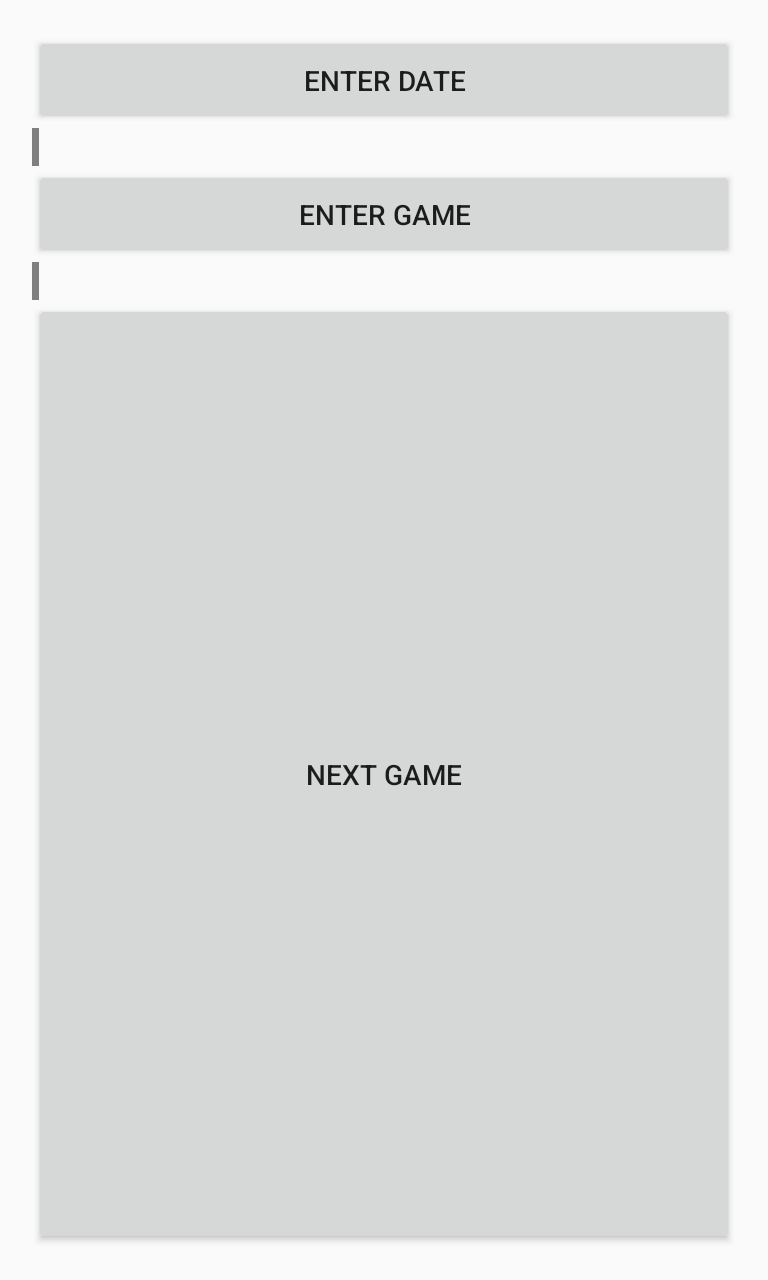
Repository: charlesweng/school
Layout: simpleandroidapps/GettingToKnowUIActivities/charleswengScoringProject/charleswengScoring/res/layout/activity_main.xml
These files come from the project's save history. The layout is drawn as it stood at one moment and after the next save; the edit follows.
Pictures or frames that could not be fetched are drawn as grey boxes. It is drawn on a 768 x 1280 px phone screen (xhdpi) without system bars, with theme AppTheme; the app's code is not run.

Above is the layout before, as saved 2014-04-28 05:38:34.

### simpleandroidapps/GettingToKnowUIActivities/charleswengScoringProject/charleswengScoring/res/layout/activity_main.xml
<?xml version="1.0" encoding="utf-8"?>
<RelativeLayout xmlns:android="http://schemas.android.com/apk/res/android"
    xmlns:tools="http://schemas.android.com/tools"
    android:id="@+id/container"
    android:layout_width="match_parent"
    android:layout_height="match_parent"
    android:paddingBottom="@dimen/activity_vertical_margin"
    android:paddingLeft="@dimen/activity_horizontal_margin"
    android:paddingRight="@dimen/activity_horizontal_margin"
    android:paddingTop="@dimen/activity_vertical_margin"
    >


    <Button
        android:id="@+id/datebutton"
        android:layout_width="fill_parent"
        android:layout_height="wrap_content"
        android:layout_alignParentTop="true"
        android:layout_centerHorizontal="true"
        android:text="@string/enter_date"
        android:onClick="showDatePickerDialog"/>

	<fragment
	    android:name="com.example.charleswengscoring.DateFragment"
	    android:id="@+id/fragment_date"
	    android:layout_width="wrap_content"
	    android:layout_height="wrap_content"
	    android:layout_below="@+id/datebutton"
	/>

    <Button
        android:id="@+id/gamebutton"
        android:layout_width="fill_parent"
        android:layout_height="wrap_content"
        android:onClick="clickGame"
        android:layout_below="@+id/fragment_date"
        android:text="@string/enter_game" />

    <fragment
        android:name="com.example.charleswengscoring.TeamFragment"
        android:id="@+id/fragment_team"
        android:layout_width="wrap_content"
        android:layout_height="wrap_content"
        android:layout_below="@+id/gamebutton"
    />

    <Button
        android:id="@+id/nextbutton"
        android:layout_width="fill_parent"
        android:layout_height="fill_parent"
        android:layout_below="@+id/fragment_team"
        android:layout_alignParentBottom="true"
        android:layout_centerHorizontal="true"
        android:onClick="clickNext"
        android:text="@string/next_game" />


</RelativeLayout>

### simpleandroidapps/GettingToKnowUIActivities/charleswengScoringProject/charleswengScoring/res/values/strings.xml
<?xml version="1.0" encoding="utf-8"?>
<resources>

    <string name="app_name">charleswengScoring</string>
    <string name="hello_world">Hello world!</string>
    <string name="action_settings">Settings</string>
    <string name="enter_date">Enter Date</string>
    <string name="date">Date</string>
    <string name="enter_game">Enter Game</string>
    <string name="team_1">Team 1</string>
    <string name="team_2">Team 2</string>
    <string name="team_1_edit">Team 1:</string>
    <string name="team_2_edit">Team 2:</string>
    <string name="zero">0</string>
    <string name="next_game">Next Game</string>
    <string name="title_activity_date_picker">DatePicker</string>
	<string name="done">Done</string>
	<string name="score">Score:</string>
	<string-array name="team_name">
	    	<item>Atlanta Hawks</item>
			<item>Boston Celtics</item>
			<item>Brooklyn Nets</item>
			<item>Charlotte Bobcats</item>
			<item>Chicago Bulls</item>
			<item>Cleveland Cavaliers</item>
			<item>Dallas Mavericks</item>
			<item>Denver Nuggets</item>
			<item>Detroit Pistons</item>
			<item>Golden State Warriors</item>
			<item>Houston Rockets</item>
			<item>Indiana Pacers</item>
			<item>Los Angeles Clippers</item>
			<item>Los Angeles Lakers</item>
			<item>Memphis Grizzlies</item>
			<item>Miami Heat</item>
			<item>Milwaukee Bucks</item>
			<item>Minnesota Timberwolves</item>
			<item>New Orleans Pelicans</item>
			<item>New York Knicks</item>
			<item>Oklahoma City Thunder</item>
			<item>Orlando Magic</item>
			<item>Philadelphia 76ers</item>
			<item>Phoenix Suns</item>
			<item>Portland Trail Blazers</item>
			<item>Sacramento Kings</item>
			<item>San Antonio Spurs</item>
			<item>Toronto Raptors </item>
			<item>Utah Jazz</item>
			<item>Washington Wizards</item>
 	</string-array>
</resources>

Loaded but not shown: simpleandroidapps/GettingToKnowUIActivities/charleswengScoringProject/charleswengScoring/res/values/styles.xml (common file); simpleandroidapps/GettingToKnowUIActivities/charleswengScoringProject/charleswengScoring/res/values-v11/styles.xml (common file); simpleandroidapps/GettingToKnowUIActivities/charleswengScoringProject/charleswengScoring/res/values-v14/styles.xml (common file); simpleandroidapps/GettingToKnowUIActivities/charleswengScoringProject/charleswengScoring/res/values/dimens.xml (common file); simpleandroidapps/GettingToKnowUIActivities/charleswengScoringProject/charleswengScoring/res/values-w820dp/dimens.xml (common file)

After the next save:
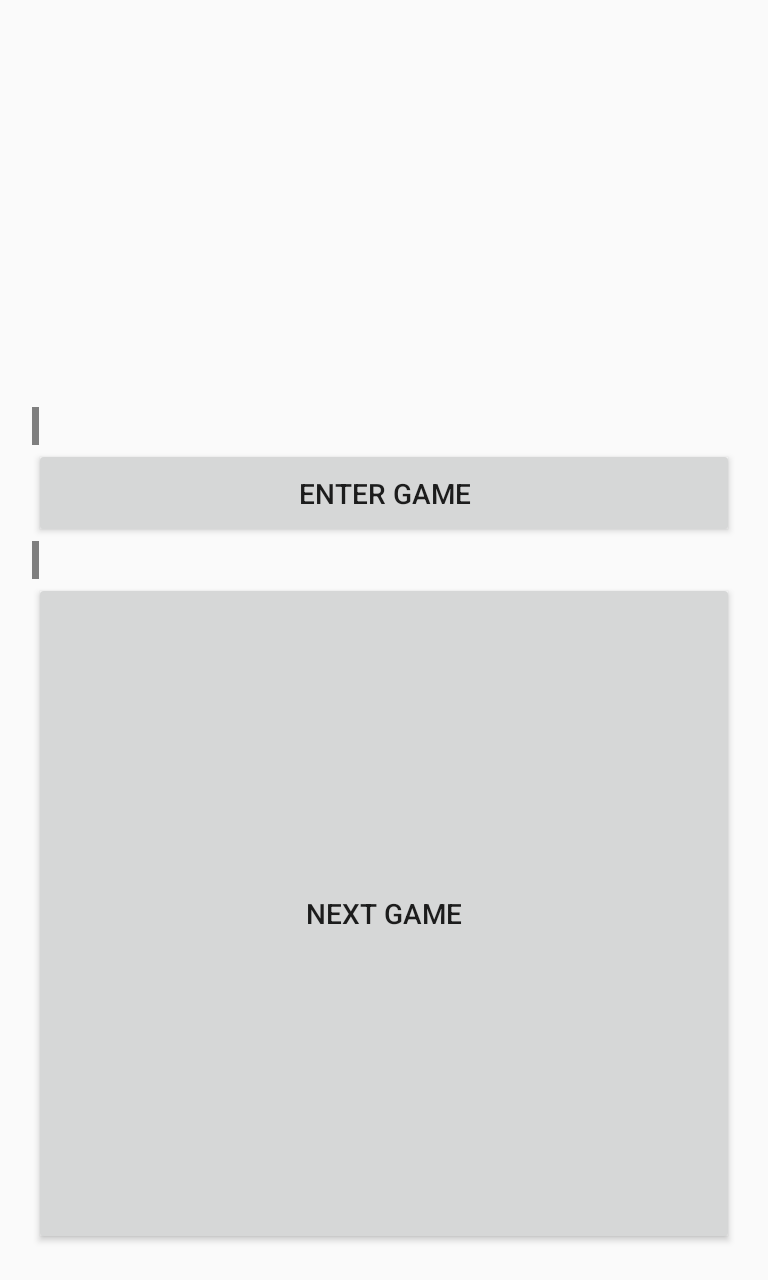
Saved 19 s later.
--- a/simpleandroidapps/GettingToKnowUIActivities/charleswengScoringProject/charleswengScoring/res/layout/activity_main.xml
+++ b/simpleandroidapps/GettingToKnowUIActivities/charleswengScoringProject/charleswengScoring/res/layout/activity_main.xml
@@ -13,7 +13,7 @@
 
     <Button
         android:id="@+id/datebutton"
-        android:layout_width="fill_parent"
+        android:layout_width="1dp"
         android:layout_height="wrap_content"
         android:layout_alignParentTop="true"
         android:layout_centerHorizontal="true"

After the save that followed:
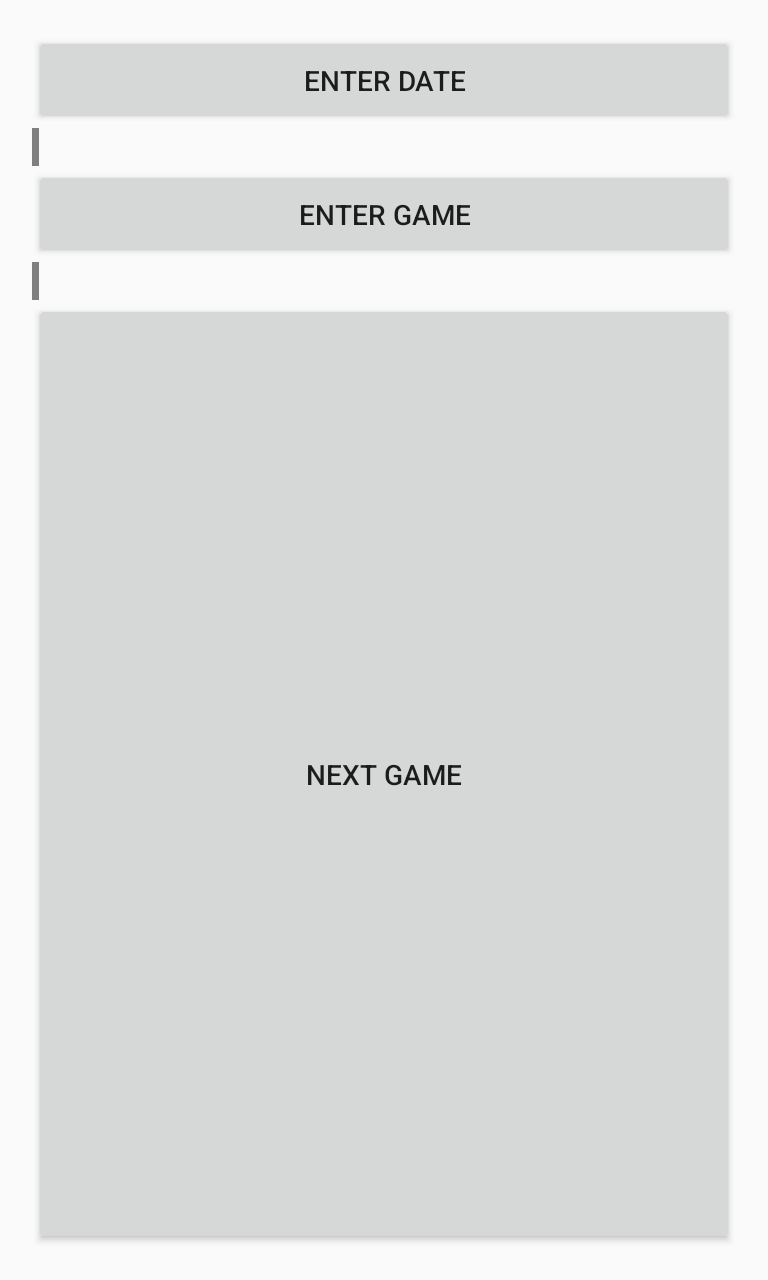
Saved 9 s later.
--- a/simpleandroidapps/GettingToKnowUIActivities/charleswengScoringProject/charleswengScoring/res/layout/activity_main.xml
+++ b/simpleandroidapps/GettingToKnowUIActivities/charleswengScoringProject/charleswengScoring/res/layout/activity_main.xml
@@ -13,7 +13,7 @@
 
     <Button
         android:id="@+id/datebutton"
-        android:layout_width="1dp"
+        android:layout_width="fill_parent"
         android:layout_height="wrap_content"
         android:layout_alignParentTop="true"
         android:layout_centerHorizontal="true"
